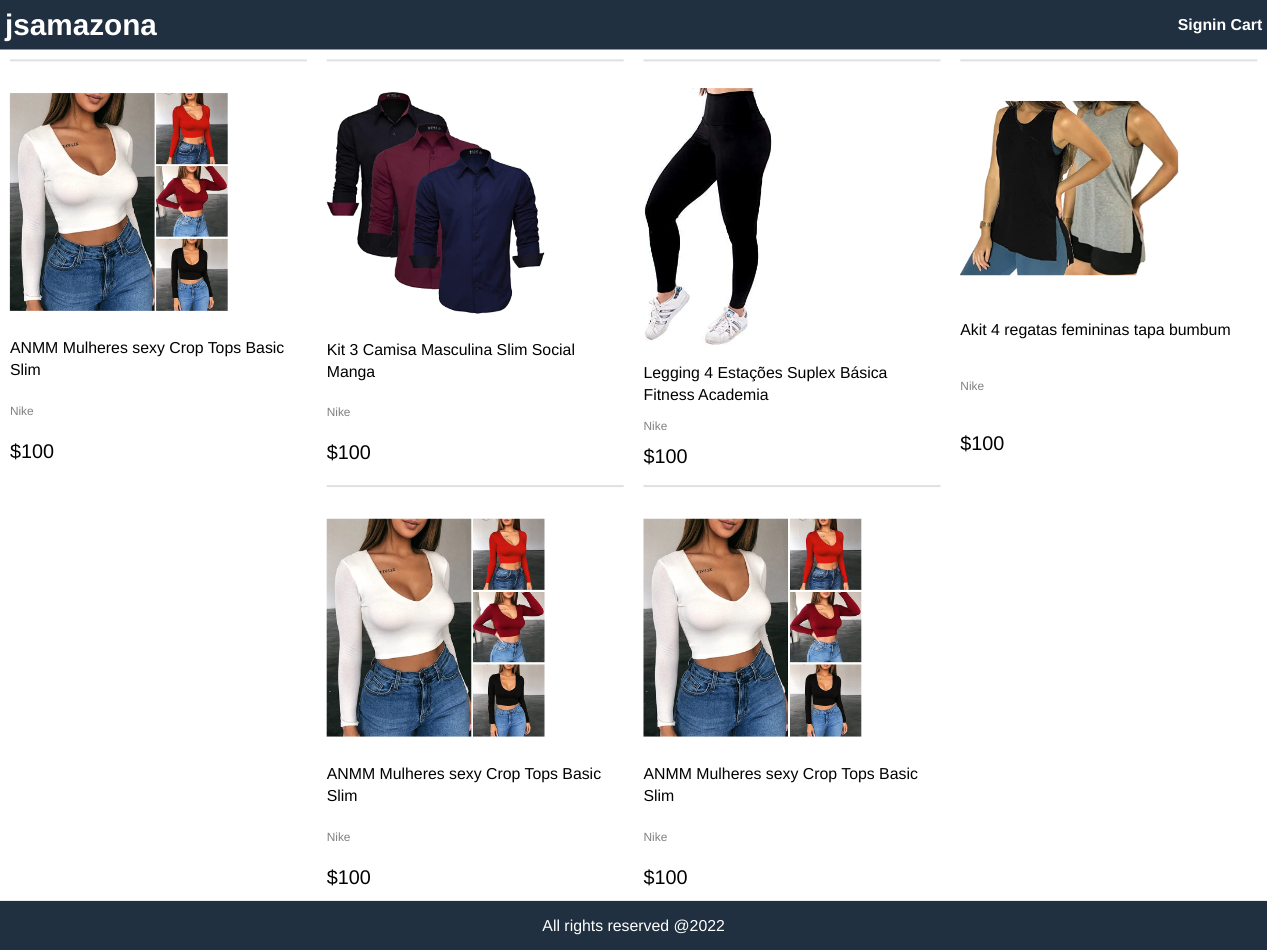
Repository: Mardoqueu/ecommerce-website
Page: jsamazona/frontend/src/index.html
An editor plug-in stored every save of this project. The page is shown before and after the next save, followed by the edit.
The browser window is 1280 px wide. The pictures show the whole page, at 99% of full size.

Above is the page before, as saved 2022-09-12 10:33:39.

### jsamazona/frontend/src/index.html
<!DOCTYPE html>
<html lang="en">
  <head>
    <meta charset="UTF-8" />
    <meta http-equiv="X-UA-Compatible" content="IE=edge" />
    <meta name="viewport" content="width=device-width, initial-scale=1.0" />
    <link rel="stylesheet" href="style.css" />
    <title>JS Amazona</title>
  </head>
  <body>
    <div class="grid-container">
      <header>
        <div class="brand">
          <a href="/#/">jsamazona</a>
        </div>
        <div>
          <a href="/#/signin">Signin</a>
          <a href="/#/cart">Cart</a>
        </div>
      </header>
      <main>
        <div>
          <ul class="products">
            <li>
              <div class="product">
                <a href="/#/products/1">
                  <img src="images/product-1.jpg" alt="product 1" />
                </a>
                <div class="product-name">
                  <a href="/#/products/1">
                    ANMM Mulheres sexy Crop Tops Basic Slim
                  </a>
                </div>
                <div class="product-brand">Nike</div>
                <div class="product-price">$100</div>
              </div>
            </li>
            <li>
              <div class="product">
                <a href="/#/products/1">
                  <img src="images/product-2.jpg" alt="product 1" />
                </a>
                <div class="product-name">
                  <a href="/#/products/1">
                    Kit 3 Camisa Masculina Slim Social Manga
                  </a>
                </div>
                <div class="product-brand">Nike</div>
                <div class="product-price">$100</div>
              </div>
            </li>
            <li>
              <div class="product">
                <a href="/#/products/1">
                  <img src="images/product-3.jpg" alt="product 1" />
                </a>
                <div class="product-name">
                  <a href="/#/products/1">
                    Legging 4 Estações Suplex Básica Fitness Academia
                  </a>
                </div>
                <div class="product-brand">Nike</div>
                <div class="product-price">$100</div>
              </div>
            </li>
            <li>
              <div class="product">
                <a href="/#/products/1">
                  <img src="images/product-4.jpg" alt="product 1" />
                </a>
                <div class="product-name">
                  <a href="/#/products/1">
                    Akit 4 regatas femininas tapa bumbum
                  </a>
                </div>
                <div class="product-brand">Nike</div>
                <div class="product-price">$100</div>
              </div>
            </li>
            <li>
              <div class="product">
                <a href="/#/products/1">
                  <img src="images/product-1.jpg" alt="product 1" />
                </a>
                <div class="product-name">
                  <a href="/#/products/1">
                    ANMM Mulheres sexy Crop Tops Basic Slim
                  </a>
                </div>
                <div class="product-brand">Nike</div>
                <div class="product-price">$100</div>
              </div>
            </li>
            <li>
              <div class="product">
                <a href="/#/products/1">
                  <img src="images/product-1.jpg" alt="product 1" />
                </a>
                <div class="product-name">
                  <a href="/#/products/1">
                    ANMM Mulheres sexy Crop Tops Basic Slim
                  </a>
                </div>
                <div class="product-brand">Nike</div>
                <div class="product-price">$100</div>
              </div>
            </li>
          </ul>
        </div>
      </main>
      <footer>All rights reserved @2022</footer>
    </div>
  </body>
</html>

### jsamazona/frontend/src/style.css
* {
    box-sizing: border-box;
  }
  html {
    font-size: 62.5%; /* 16px * 62.5 = 10px = 1rem */
  }
  body {
    height: 100vh;
    font: 1.6rem Helvetica, Arial;
    margin: 0;
  }

  a {
    color: #000000;
    text-decoration: none;
  }
  a:hover {
    color: #f08040;
  }

  .grid-container {
    display: grid;
    grid-template-areas:
      'header'
      'main'
      'footer';
    grid-template-columns: 1fr;
    grid-template-rows: 5rem 1fr 5rem;
    height: 100%;
  }

  header {
    grid-area: header;
    background-color: #203040;
    color: #ffffff;
    display: flex;
    justify-content: space-between;
    align-items: center;
    padding: 0.5rem;
  }
  header a {
    color: #ffffff;
    font-weight: bold;
    text-decoration: none;
  }
  header a:hover {
    color: #f08040;
  }

  .brand a {
    font-size: 3rem;
  }

  footer {
    background-color: #203040;
    display: flex;
    justify-content: center;
    align-items: center;
    color: #ffffff;
  }

/* Products */
.products {
    display: flex;
    flex-wrap: wrap;
    list-style-type: none;
    padding: 0;
    margin: 0;
    justify-content: center;
  }

  .products li {
    flex: 0 1 30rem;
    margin: 1rem;
    margin-bottom: 0;
    height: 42rem;
    border-top: 0.2rem #e0e0e0 solid;
  }

  .product {
    display: flex;
    flex-direction: column;
    justify-content: space-around;
    height: 100%;
  }

  .product img {
    max-height: 26rem;
    max-width: 22rem;
    margin-top: 2rem;
  }

  .product-name {
    line-height: 2.2rem;
  }

  .product-brand {
    font-size: 1.2rem;
    color: #808080;
  }

  .product-price {
    font-size: 2rem;
  }
  .product-price span {
    font-size: 1.2rem;
  }

After the next save:
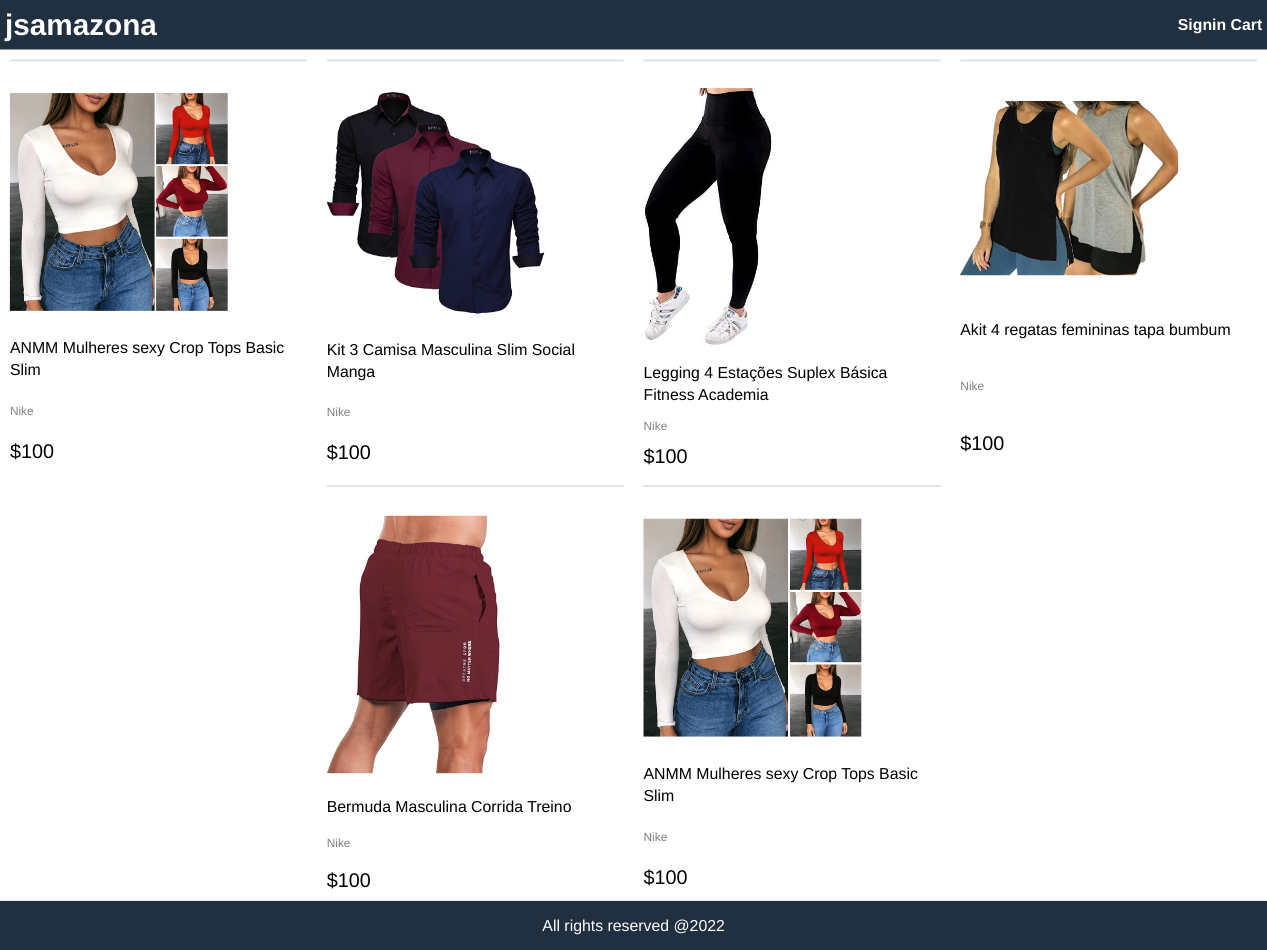
Saved 51 s later.
--- a/jsamazona/frontend/src/index.html
+++ b/jsamazona/frontend/src/index.html
@@ -80,12 +80,10 @@
             <li>
               <div class="product">
                 <a href="/#/products/1">
-                  <img src="images/product-1.jpg" alt="product 1" />
+                  <img src="images/product-5.jpg" alt="product 1" />
                 </a>
                 <div class="product-name">
-                  <a href="/#/products/1">
-                    ANMM Mulheres sexy Crop Tops Basic Slim
-                  </a>
+                  <a href="/#/products/1"> Bermuda Masculina Corrida Treino </a>
                 </div>
                 <div class="product-brand">Nike</div>
                 <div class="product-price">$100</div>
